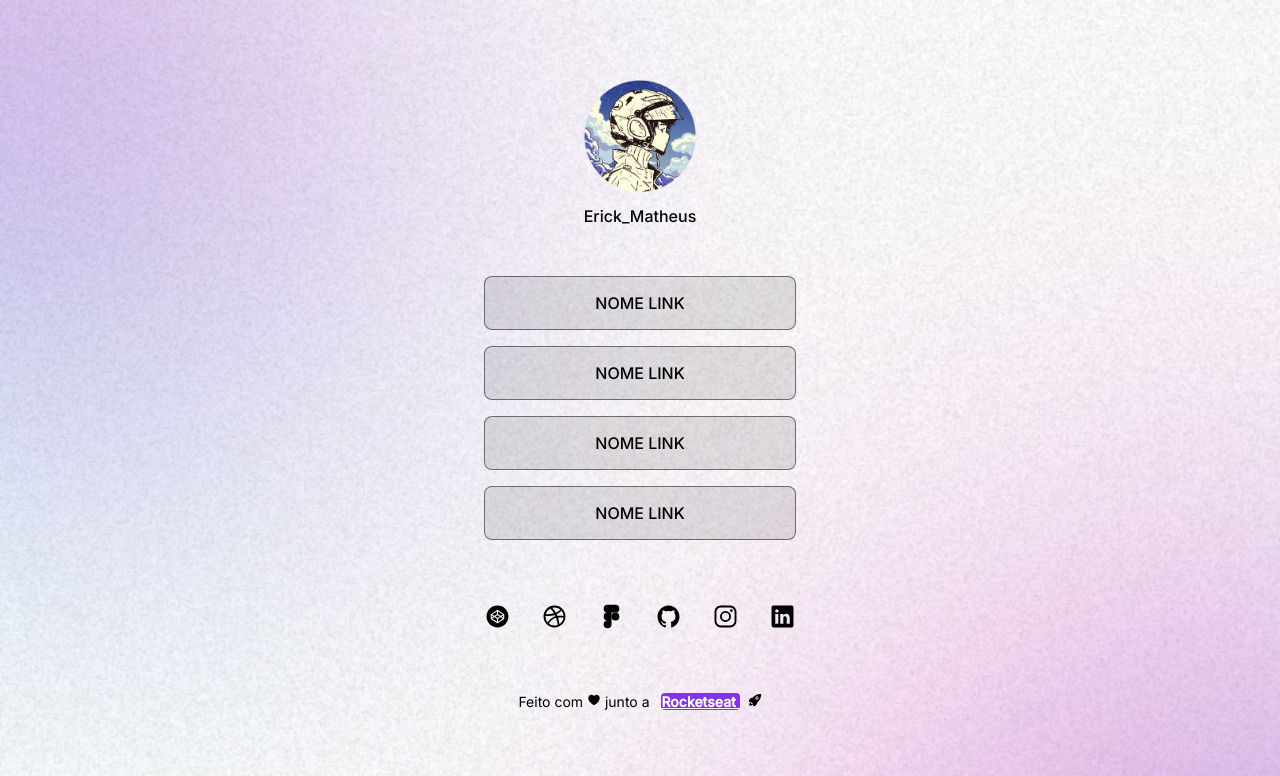
Repository: e-rickmatheus/project_dev_links
Page: index.html
An editor plug-in stored every save of this project. The page is shown before and after a run of saves, followed by the edit.
The browser window is 1280 px wide. The pictures show the whole page.
The pointer rests on the first visible `#rocketseat`.

Above is the page before, as saved 2025-04-03 18:43:34.

After the next 2 saves:
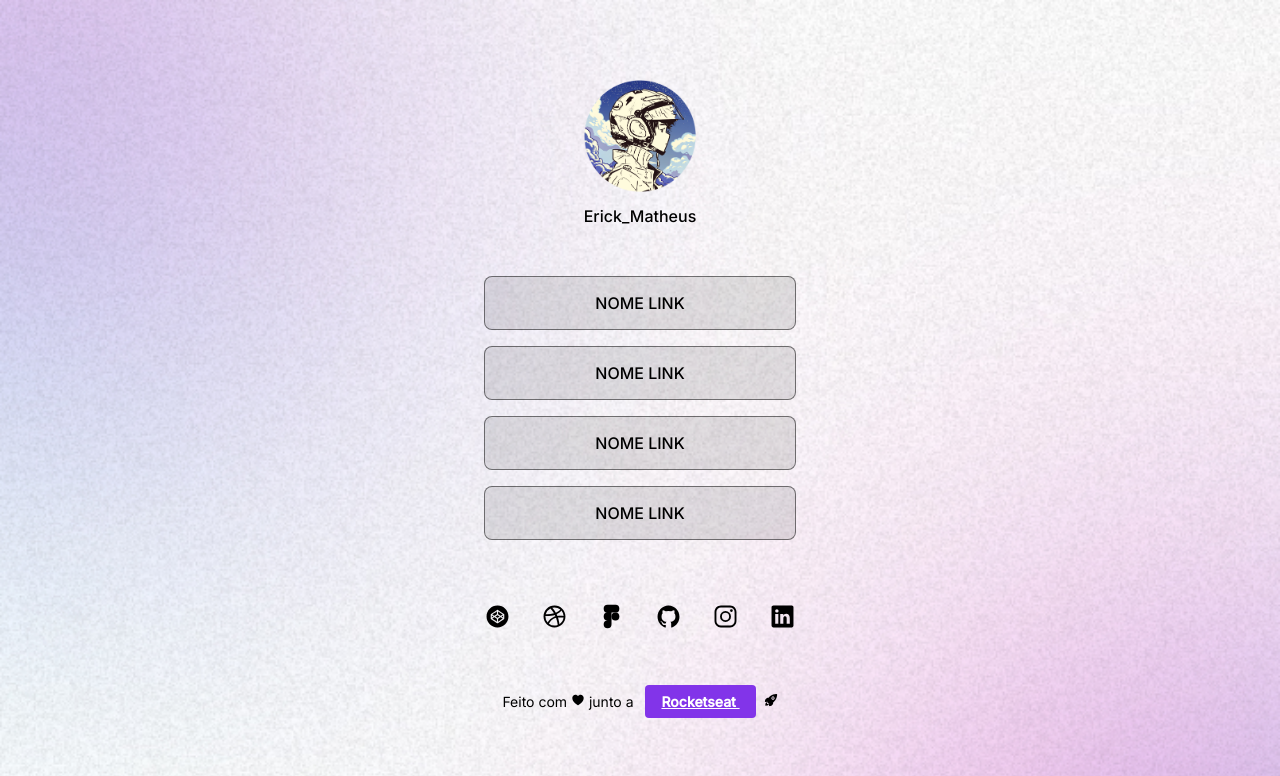
The 2 saves are shown as one change because they came seconds apart.
The last was saved 20 s later.
--- a/style.css
+++ b/style.css
@@ -164,6 +164,7 @@ footer {
   background:  rgb(130 52 233);
   transition: color 0.5s;
   margin: 8px 8px;
+  padding: 8px 16px;
   border-radius: 4px;
   tex
 
